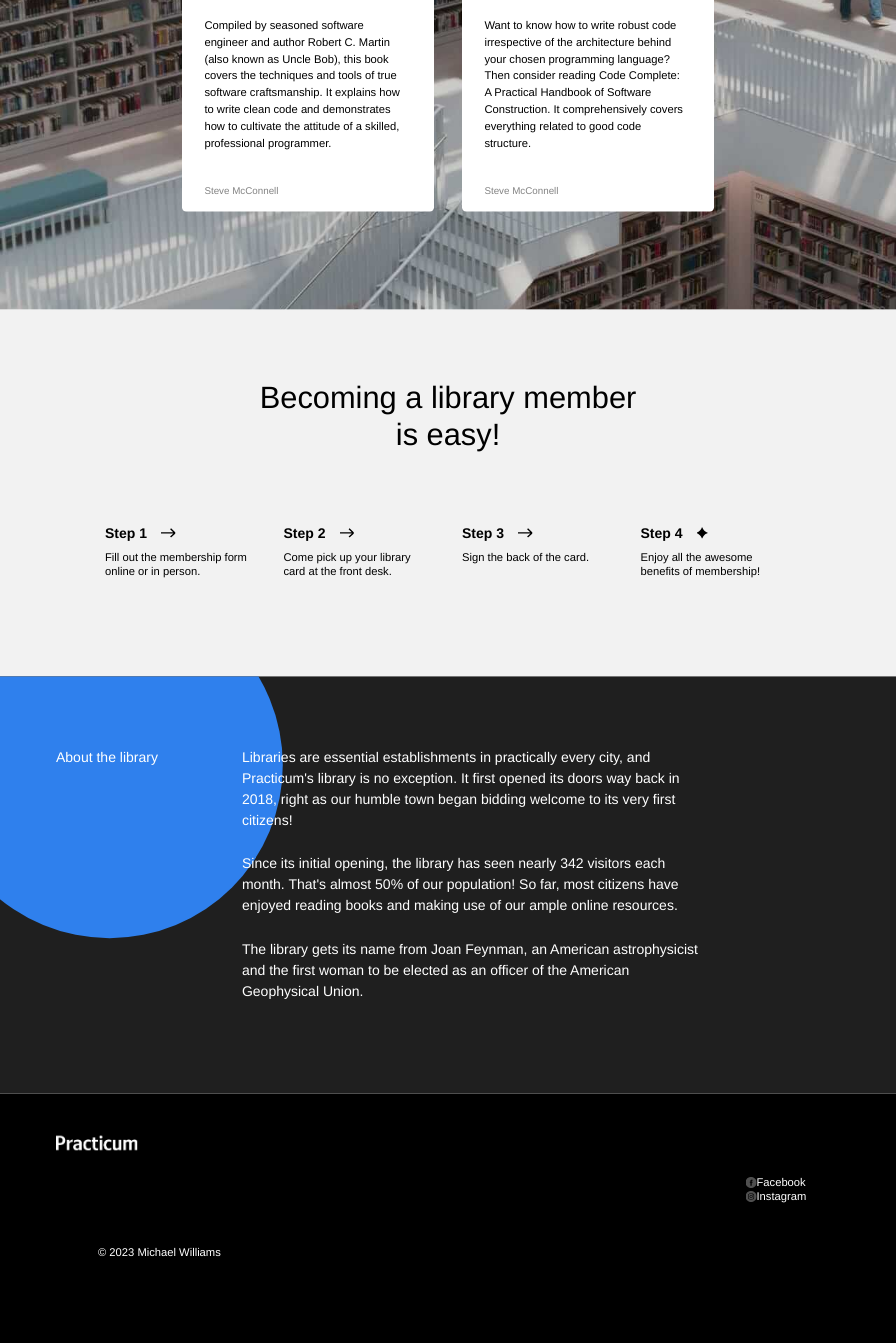
Repository: MWilliams-26/se_project_library
Page: index.html
An editor plug-in stored every save of this project. The page is shown before and after the next save, followed by the edit.
The browser window is 1280 px wide. The pictures show the part of the page from y = 2395 to 4315 px (the page is 4315 px tall), at 70% of full size.

Above is the page before, as saved 2023-04-04 16:06:19.

### index.html
<!DOCTYPE html>
<html lang="en">
  <head>
    <meta charset="UTF-8" />
    <meta name="viewport" content="width=device-width, initial-scale=1.0" />
    <title>Practicum Library</title>
    <link rel="shortcut icon" href="favicon.ico" />
    <link rel="stylesheet" href="./styles/normalize.css" />
    <link rel="stylesheet" href="./styles/style.css" />
  </head>

  <body>
    <!-- Wrap the entire page content in a new div with the page class. Remember to add the closing tag -->
    <div class="page">
      <header class="header">
        <nav class="nav">
          <img
            src="./images/logo.png"
            alt="Practicum Library Logo"
            class="logo"
          />
          <!-- Putting navigation links in a list is supposed to be the best practice of writing the semantic code since it allows screen readers to pause between each link instead of reading all the links as a sentence. -->
          <ul class="nav__links">
            <li>
              <a class="nav__link">Staff picks</a>
            </li>
            <li>
              <a class="nav__link">Events</a>
            </li>
            <li>
              <a class="nav__link">Become a member</a>
            </li>
            <li>
              <a class="nav__link">About</a>
            </li>
            <li>
              <a class="nav__link">Contacts</a>
            </li>
          </ul>
        </nav>
        <h1 class="header__title">Welcome to the Practicum Library</h1>
        <p class="header__description">
          We're pleased to open our library doors to everyone! Come and expand
          your development knowledge, or just use this lovely spot to work or
          study. This is a cool place for cool students!
        </p>
        <!-- ----------------------------------------------------------------- -->
        <!--               Don't uncomment until project stage 2               -->
        <!-- ----------------------------------------------------------------- -->
        <img
          src="./images/inside_the_library.png"
          alt="Illustration 'Inside the library'"
          class="header__image"
        />
        <div class="header__footer">
          <a class="header__link">About the library &darr;</a>
          <p class="header__address">
            200 Success Avenue, The Town of Practicum
          </p>
        </div>
      </header>

      <main class="content">
        <section class="events">
          <div class="events__content">
            <h2 class="events__heading">Upcoming events:</h2>
            <h3 class="events__title">
              In honor of Joan Feynman: Women in astrophysics
            </h3>
            <div class="event-info events__info-section">
              <div class="event-info__item">
                <div
                  class="event-info__icon event-info__icon_type_calendar"
                ></div>
                <p class="event-info__text">Mon, January 12</p>
              </div>
              <div class="event-info__item">
                <div class="event-info__icon event-info__icon_type_pin"></div>
                <p class="event-info__text">
                  Practicum Library Conference Hall & Online
                </p>
              </div>
            </div>
            <p class="events__description">
              At this event, which celebrates the library's namesake, our guest
              lecturer will take us on a journey exploring some of the most
              prominent female researchers in the world of space science. It's
              easy to buy into the misconception that this field was mostly
              dominated by men, but our lecture aims to change that notion and
              prove that this hasn't been the case since at least the 18th
              century.
            </p>
            <a href="#" class="events__more">More events &rarr;</a>
          </div>
          <div class="events__cover">
            <img
              class="events__image"
              src="images/cafe.png"
              alt="events image"
            />
            <div class="person person_name_feynman">
              <p class="person__caption">Joann Feynman</p>
              <img
                class="person__image person__image_size_l"
                src="images/person_feynman.png"
                alt="Joann Feyman"
              />
            </div>
            <div class="person person_name_burbidge">
              <p class="person__caption">Margaret Burbidge</p>
              <img
                class="person__image person__image_size_m"
                src="images/person_burbidge.png"
                alt="Margaret Burbidge"
              />
            </div>
            <div class="person person_name_cannon">
              <img
                class="person__image person__image_size_m"
                src="images/person_cannon.png"
                alt="Annie Jump Cannon"
              />
              <p class="person__caption">Annie Jump Cannon</p>
            </div>
            <div class="person person_name_burbidge">
              <p class="person__caption">Margaret Burbidge</p>
              <img
                class="person__image person__image_size_m"
                src="images/person_burbidge.png"
                alt="Margaret Burbidge"
              />
            </div>
            <div class="person person_name_mitchell">
              <img
                class="person__image person__image_size_s"
                src="images/person_mitchell.png"
                alt="Maria Mitchell"
              />
              <p class="person__caption">Maria Mitchell</p>
            </div>
            <div class="person person_name_tarter">
              <p class="person__caption">Jill Tarter</p>
              <img
                class="person__image person__image_size_m"
                src="images/person_tarter.png"
                alt="Jill Tarter"
              />
            </div>
          </div>
        </section>

        <section class="staff">
          <!-- --------------------------------------------------------------- -->
          <!--        Don't uncomment until the final project stage            -->
          <!-- --------------------------------------------------------------- -->
          <h2 class="staff__title">Staff picks</h2>
          <p class="staff__subtitle">That our readers love</p>
          <ul class="staff__picks">
            <li class="card">
              <div class="card__content">
                <h3 class="card__title">Introduction to Algorithms</h3>
                <p class="card__text">
                  The name of this book is self-explanatory; it's a proper
                  introduction to algorithms! Introduction to Algorithms, or
                  CLRS, in reference to the authors' last names, goes in-depth
                  and covers a range of algorithms across several self-contained
                  chapters.
                </p>
                <p class="card__footer">
                  Thomas H. Cormen, Charles E. Leiserson, Ronald L. Rivest,
                  Clifford Stein
                </p>
              </div>
            </li>

            <li class="card">
              <div class="card__content">
                <h3 class="card__title">
                  The Structure and Interpretation of Computer Programs (SICP)
                </h3>
                <p class="card__text">
                  This is one of the best books for learning the fundamentals of
                  programming. Featured by MIT in one of their foundational
                  programming courses, SICP is a general-purpose programming
                  book that uses Scheme to illustrate various programming
                  concepts.
                </p>
                <p class="card__footer">
                  Harold Abelson, Gerald Jay Sussman, Julie Sussman
                </p>
              </div>
            </li>

            <li class="card">
              <div class="card__content">
                <h3 class="card__title">
                  The Clean Coder: A Code of Conduct for Professional
                  Programmers
                </h3>
                <p class="card__text">
                  Compiled by seasoned software engineer and author Robert C.
                  Martin (also known as Uncle Bob), this book covers the
                  techniques and tools of true software craftsmanship. It
                  explains how to write clean code and demonstrates how to
                  cultivate the attitude of a skilled, professional programmer.
                </p>
                <p class="card__footer">Steve McConnell</p>
              </div>
            </li>

            <li class="card">
              <div class="card__content">
                <h3 class="card__title">
                  Code Complete: A Practical Handbook of Software Construction
                </h3>
                <p class="card__text">
                  Want to know how to write robust code irrespective of the
                  architecture behind your chosen programming language? Then
                  consider reading Code Complete: A Practical Handbook of
                  Software Construction. It comprehensively covers everything
                  related to good code structure.
                </p>
                <p class="card__footer">Steve McConnell</p>
              </div>
            </li>
          </ul>
        </section>

        <section class="membership">
          <!-- --------------------------------------------------------------- -->
          <!--         Don't uncomment until the final project stage           -->
          <!-- --------------------------------------------------------------- -->
          <h2 class="membership__title">Becoming a library member is easy!</h2>
          <ul class="membership__steps">
            <li class="step">
              <h3 class="step__title">
                Step 1
                <img
                  src="./images/icon_step_forward.svg"
                  alt="icon forward"
                  class="step__icon"
                />
              </h3>
              <p class="step__description">
                Fill out the membership form online or in person.
              </p>
            </li>
            <li class="step">
              <h3 class="step__title">
                Step 2
                <img
                  src="./images/icon_step_forward.svg"
                  alt="icon forward"
                  class="step__icon"
                />
              </h3>
              <p class="step__description">
                Come pick up your library card at the front desk.
              </p>
            </li>
            <li class="step">
              <h3 class="step__title">
                Step 3
                <img
                  src="./images/icon_step_forward.svg"
                  alt="icon forward"
                  class="step__icon"
                />
              </h3>
              <p class="step__description">Sign the back of the card.</p>
            </li>
            <li class="step">
              <h3 class="step__title">
                Step 4
                <img
                  src="./images/icon_step_finish.svg"
                  alt="icon finish"
                  class="step__icon"
                />
              </h3>
              <p class="step__description">
                Enjoy all the awesome benefits of membership!
              </p>
            </li>
          </ul>
        </section>

        <section class="about">
          <!-- --------------------------------------------------------------- -->
          <!--          Don't uncomment until the final project stage          -->
          <!-- --------------------------------------------------------------- -->
          <h2 class="about__title">About the library</h2>
          <div class="about__content">
            <p class="about__paragraph">
              Libraries are essential establishments in practically every city,
              and Practicum's library is no exception. It first opened its doors
              way back in 2018, right as our humble town began bidding welcome
              to its very first citizens!
            </p>
            <p class="about__paragraph">
              Since its initial opening, the library has seen nearly 342
              visitors each month. That's almost 50% of our population! So far,
              most citizens have enjoyed reading books and making use of our
              ample online resources.
            </p>
            <p class="about__paragraph">
              The library gets its name from Joan Feynman, an American
              astrophysicist and the first woman to be elected as an officer of
              the American Geophysical Union.
            </p>
          </div>
          <div class="about__circle"></div>
        </section>
      </main>
      <footer class="footer">
        <div class="footer__columns">
          <div class="footer__column">
            <img
              class="footer__logo"
              src="images/logo_white.png"
              alt="Practicum Logo"
            />
          </div>
          <div class="footer__column footer__column_content_hours">
            <h3 class="footer__column-heading">Hours</h3>
            <ul class="footer__list">
              <li class="footer__list-item">Weekdays: 9am-8pm</li>
              <li class="footer__list-item">Weekends: 10am-6pm</li>
            </ul>
          </div>
          <div class="footer__column footer__column_content_social">
            <h3 class="footer__column-heading">Social Media</h3>
            <ul class="footer__list">
              <li class="footer__list-item">
                <a class="footer__column-link" href="#">
                  <img
                    class="footer__social-icon"
                    src="images/facebook_white.svg"
                    alt="Facebook Icon"
                  />Facebook</a
                >
              </li>
              <li class="footer__list-item">
                <a class="footer__column-link" href="#">
                  <img
                    class="footer__social-icon"
                    src="images/instagram_white.svg"
                    alt="Instagram Icon"
                  />Instagram</a
                >
              </li>
            </ul>
          </div>
        </div>
        <p class="footer__copyright">&copy; 2023 Michael Williams</p>
      </footer>
    </div>
  </body>
</html>

### styles/style.css
.page {
  /* Add page class properties here */
  min-width: 1100px;
  max-width: 1600px;
  margin: 0 auto;
  font-family: Helvetica Neue, Arial, sans-serif;
  font-size: 16px;
  line-height: 20px;
}

.header {
  height: 100vh;
  min-height: 720px;
  max-height: 800px;
  padding: 30px 80px 0;
  position: relative;
  box-sizing: border-box;
}

.nav {
  /* Add flex properties here */
  display: flex;
  justify-content: space-between;
  align-items: stretch;
  flex-flow: row wrap;
  margin-top: 8px;
}

.logo {
  width: 196px;
  height: 60px;
}

.nav__links {
  /* Reset default list styles here */
  margin: 0 0 0;
  display: flex;
  column-gap: 20px;
  list-style: none;
}

.nav__link {
  color: #000000;
  text-decoration: none;
  font-weight: bold;
}

.header__title {
  font-size: 66px;
  line-height: 76px;
  font-weight: 500;
  max-width: 544px;
  margin-top: 150px;
  margin-bottom: 32px;
}

.header__description {
  font-size: 20px;
  line-height: 30px;
  max-width: 532px;
}

.header__image {
  position: absolute;
  max-width: 636px;
  top: 135px;
  right: 20px;
  z-index: 1;
}

.header__footer {
  position: absolute;
  left: 0;
  bottom: 40px;
  width: 100%;
  display: flex;
  align-items: center;
  padding: 40px 80px 0;
  justify-content: space-between;
  box-sizing: border-box;
}

.header__link {
  color: #2f80ed;
  text-decoration: none;
}

.header__address {
  margin: 0;
  color: #838383;
}

.events {
  padding: 100px 0 120px 80px;
  display: flex;
  align-items: start;
  justify-content: space-between;
  box-sizing: border-box;
  background-color: #f2f2f2;
}
.events__content {
  flex-basis: 580px;
}

.events__heading {
  font-size: 20px;
  font-weight: 500;
  line-height: 30px;
  margin: 0;
}

.events__title {
  font-size: 44px;
  font-weight: 500;
  line-height: 52px;
  margin: 32px 0 0;
}

.events__info-section {
  margin-top: 32px;
}

.event-info__item {
  display: flex;
  align-items: center;
  margin-bottom: 4px;
  font-weight: 500;
}

.event-info__icon {
  background-repeat: no-repeat;
  background-position: center;
  margin-right: 12px;
  width: 24px;
  height: 24px;
}

.event-info__icon_type_calendar {
  background-image: url(../images/icon_calendar.svg);
}

.event-info__icon_type_pin {
  background-image: url(../images/icon_pin.svg);
}

.event-info__text {
  font-size: 20px;
  font-weight: 500;
  line-height: 30px;
  margin: 0;
}

.events__description {
  margin: 40px 0 60px;
}

.events__more {
  color: #2f80ed;
  text-decoration: none;
}

.events__cover {
  flex-grow: 1;
  flex-shrink: 0;
  flex-basis: 780px;
  max-width: 780px;
  position: relative;
}

.events__image {
  max-width: 100%;
}

.person {
  position: absolute;
  display: flex;
  align-items: center;
  flex-direction: column;
  gap: 10px;
}

.person_name_feynman {
  position: absolute;
  top: -30px;
  left: 319px;
}

.person_name_burbidge {
  top: 96px;
  right: 125px;
}

.person_name_cannon {
  bottom: 18px;
  right: 216px;
}

.person_name_mitchell {
  bottom: 82px;
  left: 142px;
}

.person_name_tarter {
  top: 79px;
  left: 159px;
}

.person__image {
  max-width: 100%;
}

.person__image_size_l {
  width: 140px;
}

.person__image_size_m {
  width: 100px;
}

.person__image_size_s {
  width: 80px;
}

.person__caption {
  text-align: center;
  font-size: 14px;
  margin: 0;
}
.staff {
  padding: 100px 0 140px;
  background-image: url(../images/staff_picks_background.jpg);
}

.staff__title {
  text-align: center;
  font-size: 44px;
  line-height: 52px;
  margin: 0 0 24px;
  color: #ffffff;
}

.staff__subtitle {
  text-align: center;
  font-size: 20px;
  line-height: 30px;
  font-weight: 400;
  margin: 0;
  color: #ffffff;
}

.staff__picks {
  max-width: 760px;
  margin: auto;
  margin-top: 68px;
  display: flex;
  flex-wrap: wrap;
  justify-content: center;
  gap: 40px;
  list-style-type: none;
  padding: 0;
}

/* Add the CSS rule for your new class here. Make sure to place it before .card: parents should precede their children */

.card {
  background-color: #fff;
  border-radius: 6px;
  padding: 32px 40px 20px 32px;
  box-sizing: border-box;
  width: 360px;
  height: 420px;
}

.card__content {
  width: 100%;
  height: 100%;
  display: flex;
  flex-direction: column;
}

.card__title {
  font-size: 20px;
  line-height: 30px;
  font-weight: 700;
  margin: 0;
}

.card__text {
  margin: 20px 0 0;
  font-size: 16px;
  line-height: 24px;
}

.card__footer {
  margin: 0;
  font-size: 14px;
  line-height: 20px;
  color: #838383;
  margin-top: auto;
}

.membership {
  padding: 100px 0 140px;
  background-color: #f2f2f2;
}

.membership__title {
  max-width: 574px;
  margin: 0 auto;
  text-align: center;
  font-size: 44px;
  font-weight: 500;
  line-height: 52px;
}

.membership__steps {
  list-style-type: none;
  padding: 0;
  margin: 100px 150px 0 150px;
  display: flex;
  position: relative;
  flex-direction: row;
  justify-content: center;
  align-content: center;
  gap: 40px;
  /* Add styles */
}

.step {
  max-width: 220px;
  flex-basis: 220px;
  /* Add styles */
}

.step__title {
  margin: 0;
  font-size: 20px;
  line-height: 30px;
  font-weight: 700;
  display: flex;
  align-items: center;
}

.step__icon {
  margin-left: 20px;
}

.step__description {
  margin: 10px 0 0;
}

.about {
  padding: 100px 80px;
  background-color: #1f1f1f;
  color: #fff;
  overflow: hidden;
  position: relative;
  box-sizing: border-box;
  display: flex;
}

.about__title {
  margin: 0;
  font-size: 20px;
  line-height: 30px;
  font-weight: 500;
  z-index: 1;
  max-width: 154px;
}

.about__content {
  font-size: 20px;
  line-height: 30px;
  font-weight: 400;
  max-width: 660px;
  z-index: 1;
  padding-left: 120px;
}

.about__paragraph {
  margin: 0 0 32px;
}

.about__circle {
  background-color: #2f80ed;
  width: 495px;
  height: 495px;
  border-radius: 50%;
  z-index: 0;
  position: absolute;
  left: -91px;
  top: -121px;
}

.footer {
  box-sizing: border-box;
  background-color: #000000;
  font: #ffffff;
  padding: 60px 102px 60px 80px;
  font-size: 16px;
  line-height: 20px;
}

.footer__columns {
  display: flex;
  font: #ffffff;
}

.footer__column_content_hours {
  margin-left: auto;
  font: #ffffff;
  display: flex;
}

.footer__column_content_social {
  margin-left: 100px;
  font: #ffffff;
}

.footer__logo {
  width: 116px;
  height: 21px;
  font-size: 20px;
}

.footer__list {
  /* The code below removes the default browser styles for lists */
  list-style-type: none;
  padding: 0;
  margin: 0;
}

.footer__list-item {
  font: #ffffff;
}

.footer__column-heading {
}

.footer__column-link {
  color: white;
  font-size: 16px;
  line-height: 20px;
  text-decoration: none;
  display: flex;
  align-items: center;
}

.footer__column-link:hover {
  color: #c1c1c1;
}

.footer__social-icon {
  width: 16px;
  height: 16px;
}

.footer__copyright {
  margin: 60px;
  color: #ffffff;
}

Loaded but not shown: styles/normalize.css (library)

After the next save:
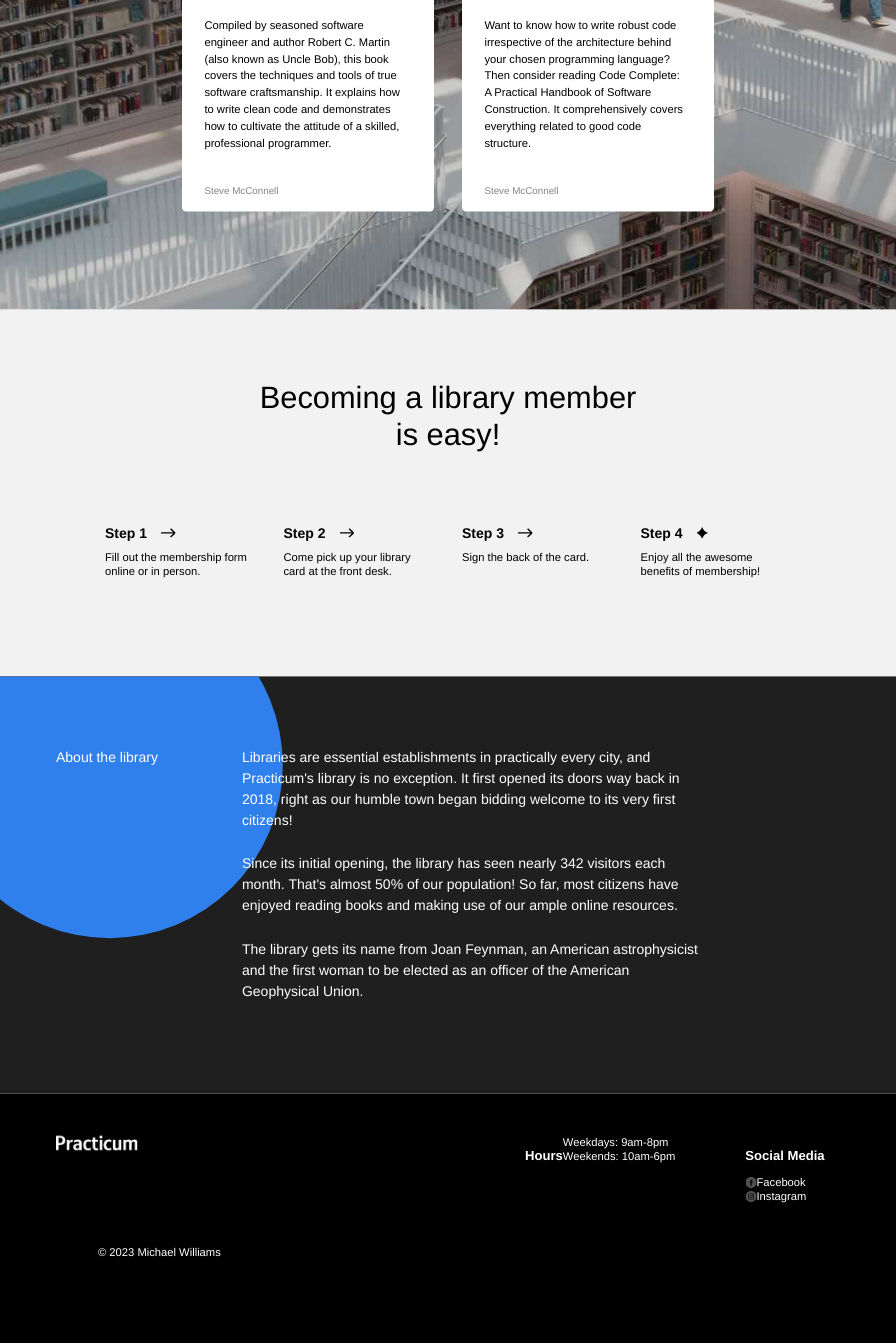
Saved 117 s later.
--- a/styles/style.css
+++ b/styles/style.css
@@ -403,7 +403,7 @@
 
 .footer__columns {
   display: flex;
-  font: #ffffff;
+  color: #ffffff;
 }
 
 .footer__column_content_hours {
